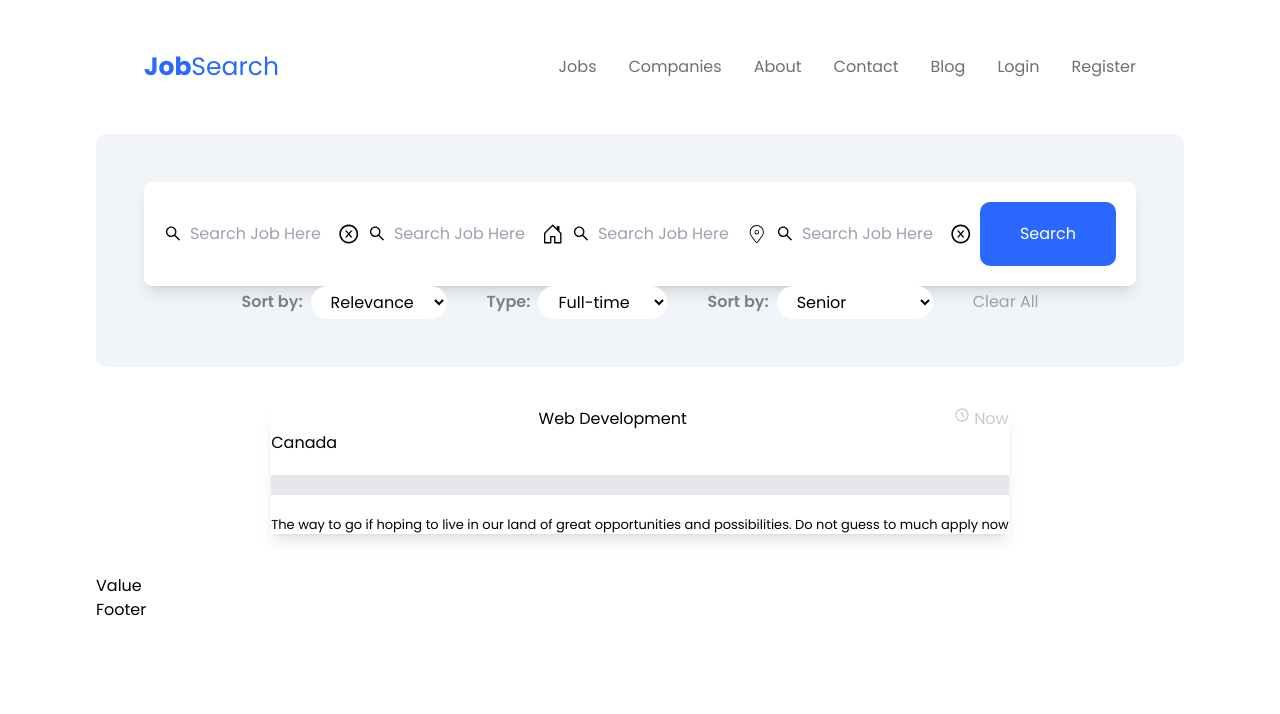
Repository: countaustin1990/Job-Search-website
Page: / (app in vite-project/)
An editor plug-in stored every save of this project. The page is shown before and after the next save, followed by the edit.
The browser window is 1280 px wide. The pictures show the whole page.
The project was rebuilt for these pictures with package versions that can differ from the ones it lists, and the page was loaded fresh each time. Also part of the build but not shown: vite-project/vite.config.js.

Above is the page before, as saved 2023-08-12 18:55:52.

After the next save:
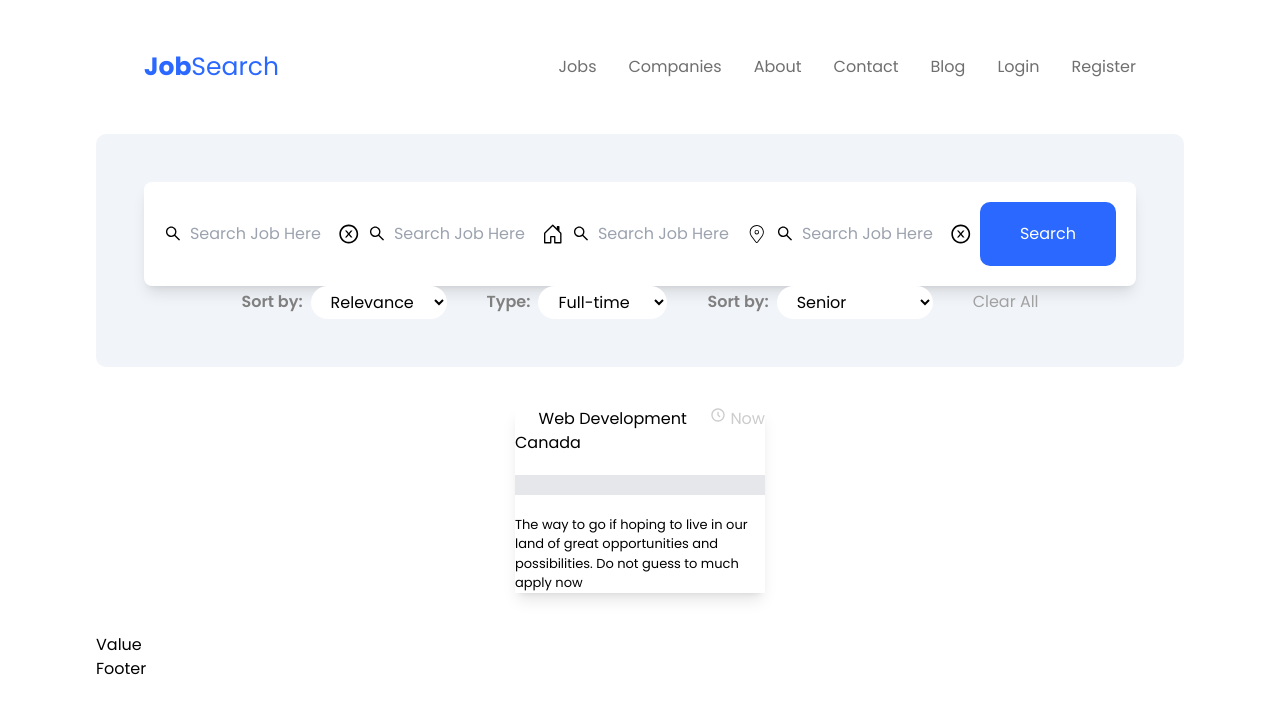
Saved 95 s later.
--- a/vite-project/src/components/Job.jsx
+++ b/vite-project/src/components/Job.jsx
@@ -6,7 +6,7 @@ import { BiTimeFive } from 'react-icons/bi'
 
             <div className='jobContainer flex gap-10 justify-center flex-wrap items-center py-10'>
 
-                <div className='group group/items singleJob w-[20] bg-white rounded[10px] hover:bg-blueColor shadow-lg shadow-greyIsh-400/700 hover:shadow-lg'>
+                <div className='group group/items singleJob w-[250px] bg-white rounded[10px] hover:bg-blueColor shadow-lg shadow-greyIsh-400/700 hover:shadow-lg'>
                     <span className='flex justify-between items-center gap-4'>
                         <h1 className='text-[16px] font-semibold text-textColor group-hover:text-white'/>Web Development
 
